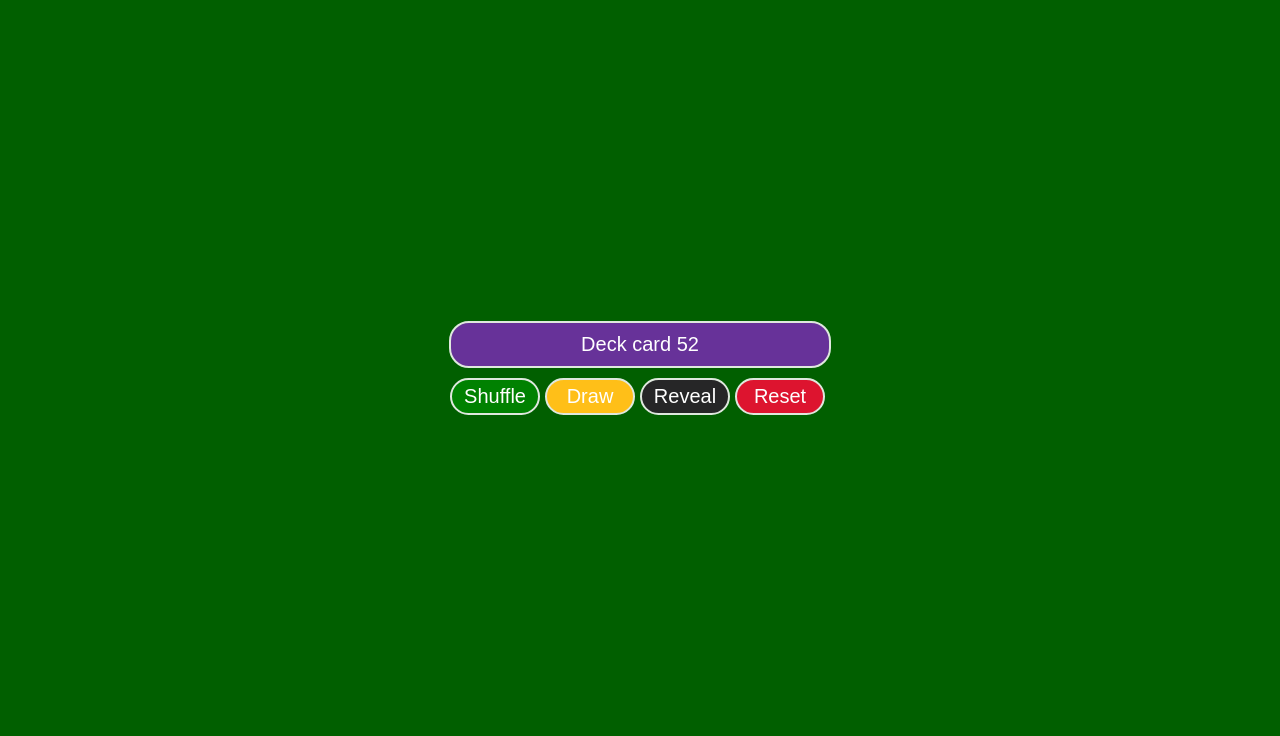
Repository: tiendungjr123/app-baicao
Page: /
These files come from the project's save history. The page is drawn as it stood at one moment and after the next save; the edit follows.
The browser window is 1280 px wide. The pictures show the whole page.
The project was rebuilt for these pictures with package versions that can differ from the ones it lists, and the page was loaded fresh each time. Also part of the build but not shown: src/index.css.

Above is the page before, as saved 2022-10-10 19:02:27.

### src/index.js
import React from 'react';
import ReactDOM from 'react-dom/client';
import './index.css';
import App from './App';

const root = ReactDOM.createRoot(document.getElementById('root'));
root.render(
   <React.StrictMode>
      <App />
   </React.StrictMode>
);

### src/App.js
import './App.css';
import Table from './Components/table';

function App() {
   return (
      <div className="app">
         <Table/>
      </div>
   );
}

export default App;

### src/App.css
@import './Scss/style.css'

### src/Components/table.jsx
import React from 'react';

const Table = () => {
   return (
      <div className='table'>
         <button className='btn-deck-card'>Deck card 52</button>
         <div className='btn-action'>
            <button className='btn btn-shuffle'>Shuffle</button>
            <button className='btn btn-draw'>Draw</button>
            <button className='btn btn-reveal'>Reveal</button>
            <button className='btn btn-reset'>Reset</button>
         </div>
      </div>
   );
}

export default Table;

### src/Scss/style.css
.table {
  height: 100vh;
  display: flex;
  justify-content: center;
  align-items: center;
  flex-direction: column;
}
.table .btn-deck-card {
  border: 2px solid #DFE8DE;
  border-radius: 20px;
  color: #fff;
  font-size: 20px;
  font-weight: 400;
  background-color: #673299;
  padding: 10px 130px;
  margin-bottom: 10px;
}
.table .btn-action .btn {
  border: 2px solid #DFE8DE;
  border-radius: 20px;
  color: #fff;
  font-size: 20px;
  font-weight: 400;
  margin-right: 5px;
  padding: 5px 10px;
  width: 90px;
  cursor: pointer;
}
.table .btn-action .btn-shuffle {
  background-color: #008101;
}
.table .btn-action .btn-draw {
  background-color: #FFBF18;
}
.table .btn-action .btn-reveal {
  background-color: #262627;
}
.table .btn-action .btn-reset {
  background-color: #dd142f;
}

body {
  background-color: #015F00;
  height: 100vh;
}/*# sourceMappingURL=style.css.map */

Loaded but not shown: public/index.html (common file)

After the next save:
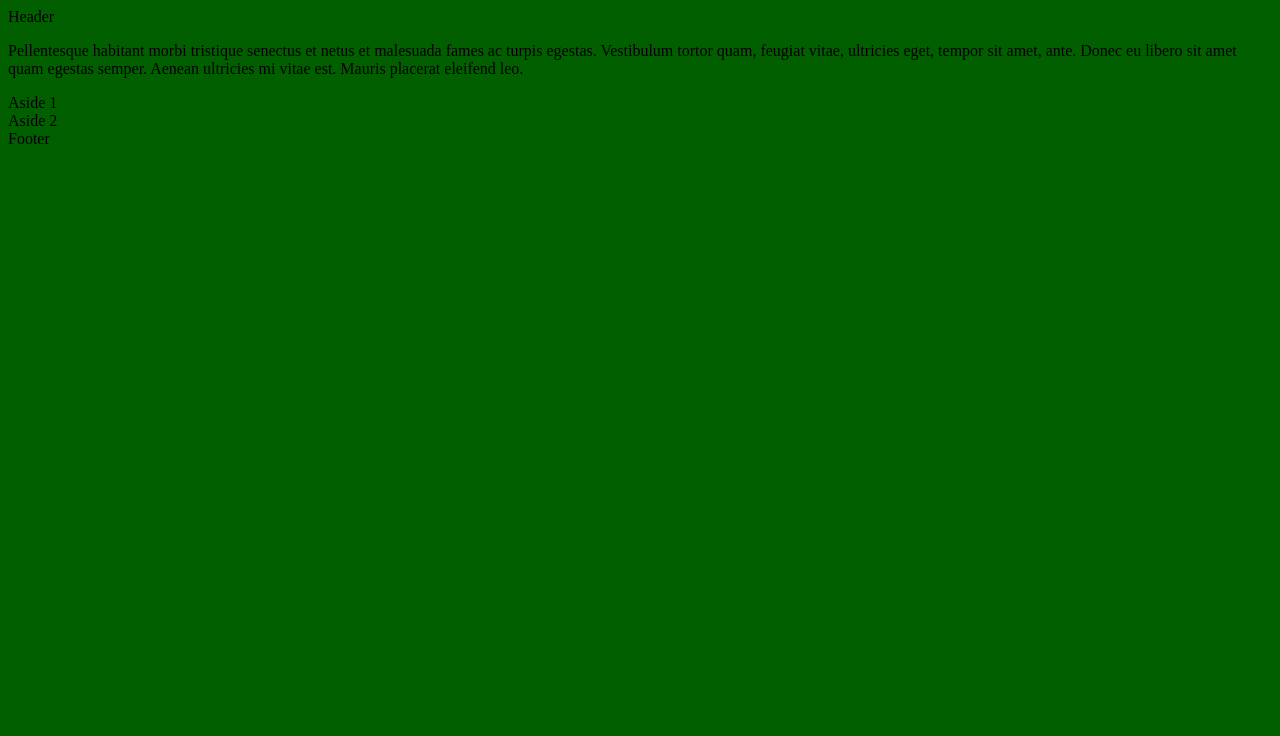
Saved 4 h 26 min later.
--- a/src/App.js
+++ b/src/App.js
@@ -3,9 +3,16 @@ import Table from './Components/table';
 
 function App() {
    return (
-      <div className="app">
-         <Table/>
+      <div class="wrapper">
+         <header class="header">Header</header>
+         <article class="main">
+            <p>Pellentesque habitant morbi tristique senectus et netus et malesuada fames ac turpis egestas. Vestibulum tortor quam, feugiat vitae, ultricies eget, tempor sit amet, ante. Donec eu libero sit amet quam egestas semper. Aenean ultricies mi vitae est. Mauris placerat eleifend leo.</p>
+         </article>
+         <aside class="aside aside-1">Aside 1</aside>
+         <aside class="aside aside-2">Aside 2</aside>
+         <footer class="footer">Footer</footer>
       </div>
+
    );
 }
 
